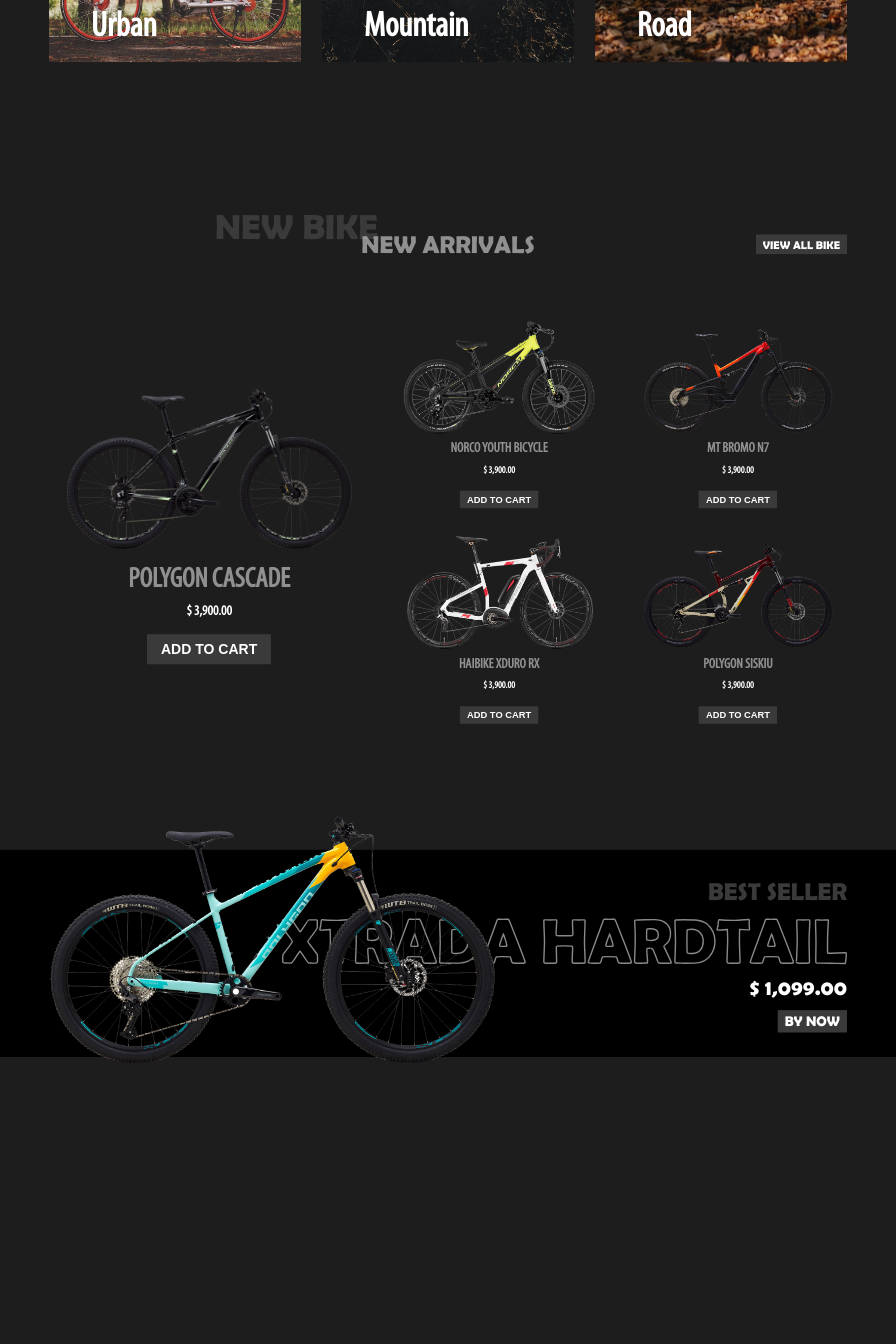
Repository: phamhuuloc/TourBike
Page: index.html
These files come from the project's save history. The page is drawn as it stood at one moment and after the next save; the edit follows.
The browser window is 1280 px wide. The pictures show the part of the page from y = 1460 to 3380 px (the page is 3380 px tall), at 70% of full size.

Above is the page before, as saved 2021-11-06 12:17:39.

### index.html
<!DOCTYPE html>
<html lang="en">
  <head>
    <meta charset="UTF-8" />
    <meta http-equiv="X-UA-Compatible" content="IE=edge" />
    <meta name="viewport" content="width=device-width, initial-scale=1.0" />
    <title>Tour Bike</title>
    <!--  font awesome -->
    <link
      rel="stylesheet"
      href="https://cdnjs.cloudflare.com/ajax/libs/font-awesome/6.0.0-beta2/css/all.min.css"
      integrity="sha512-YWzhKL2whUzgiheMoBFwW8CKV4qpHQAEuvilg9FAn5VJUDwKZZxkJNuGM4XkWuk94WCrrwslk8yWNGmY1EduTA=="
      crossorigin="anonymous"
      referrerpolicy="no-referrer"
    />
    <!-- css -->
    <link rel="stylesheet" href="./assets/css/grid.css" />
    <link rel="stylesheet" href="./assets/css/main.css" />
  </head>
  <body>
    <!-- Header -->
    <header>
      <!-- logo -->
      <a href="" class="logo">
        <img src="./assets/images/TuaBike.png" alt="" />
      </a>
      <!-- menu -->
      <div class="main-menu-wrapper">
        <ul class="main-menu">
          <li class=""><a href="" class="active">home</a></li>
          <li><a href="">shop</a></li>
          <li><a href="">dealer</a></li>
          <li><a href="">shop</a></li>
          <li><a href="">contact</a></li>
        </ul>
      </div>
      <ul class="user-menu">
        <li>
          <a href="#"><i class="fas fa-shopping-bag"></i></a>
        </li>
        <li>
          <a href="#"><i class="fas fa-user-tie"></i></a>
        </li>
        <li>
          <a href=""><i class="fas fa-search"></i></a>
        </li>
      </ul>
    </header>
    <!-- banner -->
    <section class="banner">
      <div class="slide-container" id="slide">
        <!-- slide item -->
        <div class="slide-item">
          <!-- heading -->
          <div class="slide-heading">
            <!-- title -->
            <h2 class="slide-title">Polygon siskiu</h2>
            <!-- desc -->
            <p class="slide-desc">
              Lorem ipsum dolor sit amet consectetur adipisicing elit. Quae
              alias vel, fugit ab, quaerat hic cupiditate ipsum, cum laboriosam
              quod deserunt explicabo aspernatur libero sint temporibus possimus
              repellendus excepturi doloremque! Lorem ipsum, dolor sit amet
              consectetur adipisicing elit.
            </p>
            <!-- btn -->
            <div class="slide-btn">
              <a href="" class="slide-btn-link">By now</a>
            </div>
          </div>
          <!-- img -->
          <div class="slide-img">
            <img src="./assets/images/MTBROMO_N7_2022.png" alt="" />
          </div>
        </div>
        <!-- slide item -->
        <div class="slide-item">
          <!-- heading -->
          <div class="slide-heading">
            <!-- title -->
            <h2 class="slide-title">mt bromo n7</h2>
            <!-- desc -->
            <p class="slide-desc">
              Lorem ipsum dolor sit amet consectetur adipisicing elit. Quae
              alias vel, fugit ab, quaerat hic cupiditate ipsum, cum laboriosam
              quod deserunt explicabo aspernatur libero sint temporibus possimus
              repellendus excepturi doloremque! Lorem ipsum, dolor sit amet
              consectetur adipisicing elit.
            </p>
            <!-- btn -->
            <div class="slide-btn">
              <a href="" class="slide-btn-link">By now</a>
            </div>
          </div>
          <!-- img -->
          <div class="slide-img">
            <img src="./assets/images/6489548.png" alt="" />
          </div>
        </div>
        <!-- slide item -->
        <div class="slide-item">
          <!-- heading -->
          <div class="slide-heading">
            <!-- title -->
            <h2 class="slide-title">cascade mount</h2>
            <!-- desc -->
            <p class="slide-desc">
              Lorem ipsum dolor sit amet consectetur adipisicing elit. Quae
              alias vel, fugit ab, quaerat hic cupiditate ipsum, cum laboriosam
              quod deserunt explicabo aspernatur libero sint temporibus possimus
              repellendus excepturi doloremque! Lorem ipsum, dolor sit amet
              consectetur adipisicing elit.
            </p>
            <!-- btn -->
            <div class="slide-btn">
              <a href="" class="slide-btn-link">By now</a>
            </div>
          </div>
          <!-- img -->
          <div class="slide-img">
            <img src="./assets/images/b1.png" alt="" />
          </div>
        </div>
        <!-- background tittle -->
        <div class="slide-txt">you ride</div>
        <!-- slide control -->
        <ul class="slide-control">
          <li class="slide-prev"><i class="fas fa-chevron-left"></i></li>
          <li class="slide-control-item active">01</li>
          <li class="slide-control-item">02</li>
          <li class="slide-control-item">03</li>
          <li class="slide-next"><i class="fas fa-chevron-right"></i></li>
        </ul>
      </div>
    </section>
    <!-- category section -->
    <section class="section">
      <div class="section-title">
        <h3 class="second-title">Bike category</h3>
        <h3 class="main-title">choose your style</h3>
      </div>
      <div class="section-container">
        <div class="row">
          <div class="col-4">
            <div class="category-img">
              <div
                class="category-img-inner"
                style="
                  background-image: url(./assets/images/alvan-nee-EHILKZNmTuA-unsplash.jpg);
                "
              ></div>
              <div class="category-title">Urban</div>
            </div>
          </div>
          <div class="col-4">
            <div class="category-img">
              <div
                class="category-img-inner"
                style="
                  background-image: url(./assets/images/eberhard-grossgasteiger-8lDkmXnKo7s-unsplash.jpg);
                "
              ></div>
              <div class="category-title">Mountain</div>
            </div>
          </div>
          <div class="col-4">
            <div class="category-img">
              <div
                class="category-img-inner"
                style="
                  background-image: url(./assets/images/tom-austin-3L76b-LMyeI-unsplash.jpg);
                "
              ></div>
              <div class="category-title">Road</div>
            </div>
          </div>
        </div>
      </div>
    </section>
    <!-- new arrivals section -->
    <section class="section">
      <div class="section-title">
        <h3 class="second-title">New bike</h3>
        <h3 class="main-title">new arrivals</h3>
        <div class="btn-wrapper">
          <a href="" class="btn">view all bike</a>
        </div>
      </div>
      <div class="section-container">
        <div class="row">
          <div class="col-5 col-center">
            <div class="product-card product-card-large">
              <a href="#">
                <div class="product-card-img">
                  <img src="./assets/images/Polygon Cascade.png" alt="" />
                </div>
                <h3 class="product-name">Polygon cascade</h3>
                <p class="product-price">$ 3,900.00</p>
              </a>
              <button class="btn">add to cart</button>
            </div>
          </div>
          <div class="col-7">
            <div class="row">
              <div class="col-6">
                <div class="product-card">
                  <a href="#">
                    <div class="product-card-img">
                      <img src="./assets/images/b2.png" alt="" />
                    </div>
                    <h3 class="product-name">norco youth bicycle</h3>
                    <p class="product-price">$ 3,900.00</p>
                  </a>
                  <button class="btn">add to cart</button>
                </div>
              </div>
              <div class="col-6">
                <div class="product-card">
                  <a href="#">
                    <div class="product-card-img">
                      <img src="./assets/images/MTBROMO_N7_2022.png" alt="" />
                    </div>
                    <h3 class="product-name">mt bromo n7</h3>
                    <p class="product-price">$ 3,900.00</p>
                  </a>
                  <button class="btn">add to cart</button>
                </div>
              </div>
              <div class="col-6">
                <div class="product-card">
                  <a href="#">
                    <div class="product-card-img">
                      <img src="./assets/images/b1.png" alt="" />
                    </div>
                    <h3 class="product-name">haibike xduro rx</h3>
                    <p class="product-price">$ 3,900.00</p>
                  </a>
                  <button class="btn">add to cart</button>
                </div>
              </div>
              <div class="col-6">
                <div class="product-card">
                  <a href="#">
                    <div class="product-card-img">
                      <img src="./assets/images/531352.png" alt="" />
                    </div>
                    <h3 class="product-name">Polygon siskiu</h3>
                    <p class="product-price">$ 3,900.00</p>
                  </a>
                  <button class="btn">add to cart</button>
                </div>
              </div>
            </div>
          </div>
        </div>
      </div>
    </section>
    <!-- special bike -->
    <section class="section special-section">
      <div class="section-title">
        <h3 class="second-title">best seller</h3>
        <h3 class="main-title">xtrada hardtail</h3>
        <div class="special-price">$ 1,099.00</div>
        <a href="" class="btn">by now</a>
      </div>
      <div class="special-img">
        <img src="./assets/images/6489548.png" alt="" />
      </div>
    </section>

    <script src="./assets/js/main.js"></script>
  </body>
</html>

### assets/css/grid.css
.row {
  display: flex;
  flex-wrap: wrap;
  margin: 0 -15px;
}
[class*="col-"] {
  padding: 0 15px;
}
.col-1 {
  width: 8.33%;
}
.col-2 {
  width: 16.66%;
}
.col-3 {
  width: 25%;
}
.col-4 {
  width: 33.33%;
}
.col-5 {
  width: 41.66%;
}
.col-6 {
  width: 50%;
}
.col-7 {
  width: 58.33%;
}
.col-8 {
  width: 66.66%;
}
.col-9 {
  width: 75%;
}
.col-10 {
  width: 83.33%;
}
.col-11 {
  width: 91.96%;
}
.col-12ee {
  width: 100;
}

### assets/css/main.css
@font-face {
  font-family: MyriadProCondensed;
  src: url(../fonts/MyriadProCondensed/MyriadProCondensed.ttf);
}
@font-face {
  font-family: BerlinSansFBDemiBold;
  src: url(../fonts/BerlinSansFBDemiBold/BerlinSansFBDemiBold.ttf);
}
:root {
  --main-color: #1d1d1d;
  --second-color: #3a3a3a;
  --text-color: #bbbb;
  --text-white: #fff;
  --bg-black: #000;
  --header-height: 144px;
  --header-padding: 93px;
}
* {
  padding: 0;
  margin: 0;
  box-sizing: border-box;
  user-select: none;
}
html {
  font-size: 62.5%;
  scroll-behavior: smooth;
}
ul {
  list-style: none;
}
a {
  text-decoration: none;
  color: var(--text-color);
}
img {
  max-width: 100%;
}
body {
  background-color: var(--main-color);
  color: var(--text-color);
  font-family: MyriadProCondensed, sans-serif;
  overflow-x: hidden;
}
/* header */
header {
  position: fixed;
  top: 0;
  left: 0;
  z-index: 99;
  width: 100%;
  height: var(--header-height);
  background-color: transparent;
  display: flex;
  align-items: center;
  justify-content: space-between;
  padding: 0 var(--header-padding);
  transition: height 0.3s ease, background-color 0.3s ease;
}
header.shrink {
  height: 6rem;
  background-color: var(--second-color);
}
.main-menu-wrapper {
  position: absolute;
  inset: 0;
  display: flex;
  align-items: center;
  justify-content: center;
  pointer-events: none;
}
.main-menu {
  display: flex;
  pointer-events: visible;
}
.main-menu > li > a {
  text-transform: capitalize;
  font-size: 1.8rem;
  color: var(--text-color);
  transform: all 0.3s ease;
}
.main-menu > li > a.active {
  color: var(--text-white);
}
.main-menu > li ~ li {
  margin-left: 84px;
}
.main-menu > li > a:hover,
.user-menu > li > a:hover {
  transition: all 0.3s ease;
  color: var(--text-white);
}
.user-menu {
  display: flex;
  align-items: center;
  justify-content: center;
}
.user-menu > li > a > i {
  font-size: 1.8rem;
}
.user-menu > li ~ li {
  margin-left: 2rem;
}
/* banner */
.banner {
  position: relative;
  height: 100vh;
  padding-top: var(--header-height);
}
.slide-item {
  display: flex;
  height: 0;
  overflow: hidden;
}
.slide-item.active {
  height: 100%;
}
.slide-img {
  width: 58%;
  padding-right: 8rem;
  padding-top: 4rem;
  z-index: 1;
}
.slide-img img {
  width: 100%;
  transform: rotate(-70deg);
  opacity: 0;
  transition: transform 1s cubic-bezier(0.175, 0.885, 0.32, 1.275),
    opacity 0.6s ease 0s;
}
.slide-item.active .slide-img img {
  transform: rotate(0);
  opacity: 1;
}
.slide-heading {
  width: 42%;
  padding-left: 6rem;
}
.slide-title {
  width: max-content;
  font-size: 13.6rem;
  text-transform: capitalize;
  font-family: BerlinSansFBDemiBold;
  color: var(--text-white);
  -webkit-text-fill-color: transparent;
  -webkit-text-stroke-width: 4px;
  transform: translateX(-200px);
  transition: all 0.5s ease;
}
.slide-item.active .slide-title {
  transform: translateX(0);
}

.slide-desc,
.slide-btn {
  margin-top: 8.4rem;
}

.slide-desc {
  font-size: 1.8rem;
  transition: 0.3s;
}

.slide-btn {
  display: inline-block;
}
.slide-btn-link {
  font-size: 2rem;
  font-weight: 700;
  padding: 10px 50px;
  background-color: white;
  color: var(--main-color);
  cursor: pointer;
  text-transform: uppercase;
  transition: all 0.3s ease 0s;
}
.slide-item.active .slide-btn:hover {
  transition: all 0.2s ease;
  transform: translateY(-10px);
}
.slide-desc,
.slide-btn {
  transform: translateY(100px);
  opacity: 0;
  transition: transform 0.5s ease, opacity 0.5s ease;
}
.slide-btn {
  transition-delay: 0.2s;
}
.slide-item.active .slide-desc,
.slide-item.active .slide-btn {
  transform: translateY(0);
  opacity: 1;
}
.slide-txt {
  position: absolute;
  top: 240px;
  right: -60px;
  transform: rotate(-90deg);
  font-size: 11.75rem;
  font-family: BerlinSansFBDemiBold;
  color: var(--second-color);
  text-transform: uppercase;
}
.slide-control {
  position: absolute;
  left: 50%;
  bottom: 20px;
  transform: translateX(-50%);
  display: flex;
  align-items: center;
  justify-content: center;
}

.slide-control > li {
  font-size: 2.8rem;
  cursor: pointer;
  transition: all 0.3s ease;
}
.slide-control > li.active {
  transform: scale(1.5);
  color: var(--text-white);
}
.slide-control > li:hover {
  color: var(--text-white);
}
.slide-control > li ~ li {
  margin-left: 3rem;
}
/* section */
.section {
  padding: 12rem 0;
}
.section-container {
  padding: 7rem 7rem 0;
}
.section-title {
  font-family: BerlinSansFBDemiBold;
  text-align: center;
  position: relative;
}
.section-title > h3 {
  text-transform: uppercase;
}
.second-title {
  font-size: 5rem;
  color: var(--second-color);
  position: absolute;
  bottom: 40%;
  left: 24%;
  z-index: -1;
}
.main-title {
  font-size: 3.5rem;
  z-index: 1;
}
.category-img {
  padding: 4rem;
  height: 600px;
  overflow: hidden;
  cursor: pointer;
  position: relative;
}
.category-img-inner {
  position: absolute;
  top: 0;
  left: 0;
  width: 100%;
  height: 100%;
  background-position: bottom;
  background-size: cover;
  transition: transform 1s ease;
}
.category-img:hover .category-img-inner {
  transform: scale(1.3);
}
.category-title {
  font-size: 5rem;
  padding: 2rem;
  font-weight: 700;
  position: absolute;
  bottom: 0;
  color: var(--text-white);
  text-transform: capitalize;
}
.btn-wrapper {
  position: absolute;
  right: 7rem;
  top: 50%;
  transform: translateY(-50%);
  font-size: 1.6rem;
}
.btn {
  padding: 0.5rem 1rem;
  border: none;
  outline: none;
  cursor: pointer;
  background-color: var(--second-color);
  font-weight: 700;
  color: var(--text-white);
  transition: all 0.3s ease;
  text-transform: uppercase;
}
.btn:hover {
  background-color: var(--text-white);
  color: var(--main-color);
}
.product-card {
  padding: 20px;
  text-align: center;
  transition: background-color 0.3s ease;
}
.product-card:hover {
  background-color: var(--bg-black);
}
.product-card-im {
  margin-bottom: 20px;
}
.product-name {
  font-size: 2rem;
  text-transform: uppercase;
  margin-bottom: 10px;
}
.product-price {
  font-size: 1.4rem;
  font-weight: 700;
  color: var(--text-white);
  margin-bottom: 20px;
}
.product-card-large .product-name {
  font-size: 4rem;
}
.product-card-large .product-price {
  font-size: 2rem;
}
.product-card-large .btn {
  font-size: 2rem;
  padding: 1rem 2rem;
}
.col-center {
  display: flex;
  align-items: center;
}
.special-section {
  position: relative;
  margin-bottom: 290px;
  padding-top: 4rem;
}
.special-section > .section-title {
  text-align: right;
  padding: 4rem 7rem;
  background-color: var(--bg-black);
}
.special-section .second-title {
  position: relative;
  font-size: 3.5rem;
  counter-reset: var(--text-white);
  left: 0;
  z-index: unset;
}
.special-section .main-title {
  font-size: 9rem;
  -webkit-text-fill-color: transparent;
  -webkit-text-stroke: 2px;
}
.special-section .section-title .btn {
  position: relative;
  right: unset;
  top: unset;
  font-size: 2rem;
}
.special-section .section-title .special-price {
  font-size: 3rem;
  margin-bottom: 20px;
  color: var(--text-white);
}
.special-img {
  width: 50%;
  position: absolute;
  left: 7rem;
  bottom: 80px;
}

### assets/js/main.js
let banner_slide = document.querySelector("#slide");
let banner_slide_items = banner_slide.querySelectorAll(".slide-item");
let banner_slide_index = 0;
let banner_slide_play = true;
let banner_slide_control_items = banner_slide.querySelectorAll(
  ".slide-control-item"
);
let slide_prev = banner_slide.querySelector(".slide-prev");
let slide_next = banner_slide.querySelector(".slide-next");
let header = document.querySelector("header");
showSlide = (index) => {
  banner_slide.querySelector(".slide-item.active").classList.remove("active");
  banner_slide_items[index].classList.add("active");

  banner_slide
    .querySelector(".slide-control-item.active")
    .classList.remove("active");
  banner_slide_control_items[index].classList.add("active");
};
nextSlide = () => {
  banner_slide_index =
    banner_slide_index + 1 === banner_slide_items.length
      ? 0
      : banner_slide_index + 1;
  showSlide(banner_slide_index);
};
prevSlide = () => {
  banner_slide_index =
    banner_slide_index - 1 < 0
      ? banner_slide_items.length - 1
      : banner_slide_index - 1;
  showSlide(banner_slide_index);
};
slide_next.addEventListener("click", () => nextSlide());
slide_prev.addEventListener("click", () => prevSlide());
// add event to slide select
banner_slide_control_items.forEach((item, index) => {
  item.addEventListener("click", () => showSlide(index));
});
// pause slide when mouse come in slider
banner_slide.addEventListener("mouseover", () => (banner_slide_play = false));
// resume slide  when mouse log out slider
banner_slide.addEventListener("mouseleave", () => (banner_slide_play = true));
setTimeout(() => {
  banner_slide_items[0].classList.add("active");
}, 200);

// auto next slide
setInterval(() => {
  if (!banner_slide_play) return;
  nextSlide();
}, 5000);

// change header style when scroll
window.addEventListener("scroll", () => {
  if (document.body.scroll > 80 || document.documentElement.scrollTop > 80) {
    header.classList.add("shrink");
  } else {
    header.classList.remove("shrink");
  }
});

After the next save:
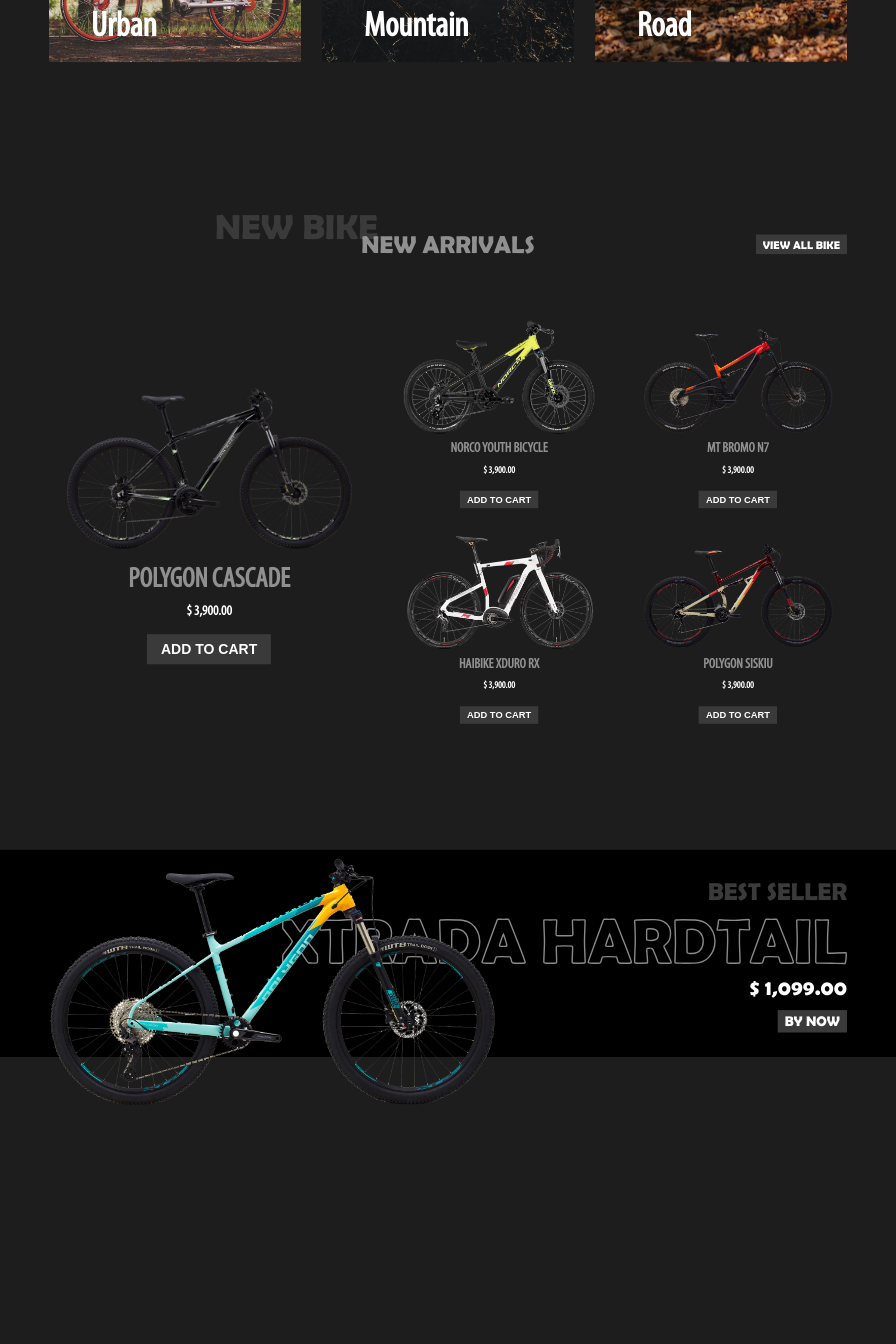
Saved 5 s later.
--- a/assets/css/main.css
+++ b/assets/css/main.css
@@ -377,5 +377,5 @@
   width: 50%;
   position: absolute;
   left: 7rem;
-  bottom: 80px;
-}
+  bottom: 20px;
+}
